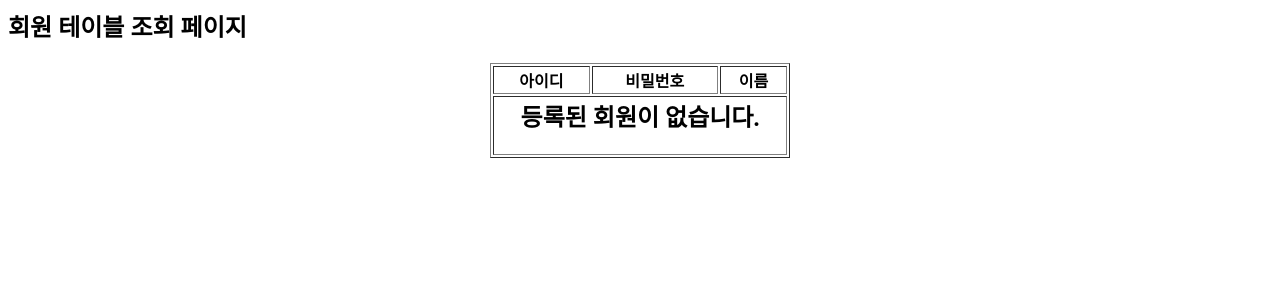
Repository: LTaeHoon/javajsp_ncs
Page: http://localhost/chap02_Directive_Object/scriptlet/memberSearch.jsp
The author's editor kept a copy of each file at every save. The page is drawn from the files as they stood at one save, then again after the next save.
The browser window is 1280 px wide. The pictures show the whole page.
The page is served by Tomcat 9. Queries for data that is not in the repository find no rows.

Above is the page before, as saved 2017-01-12 04:09:13.

After the next save:
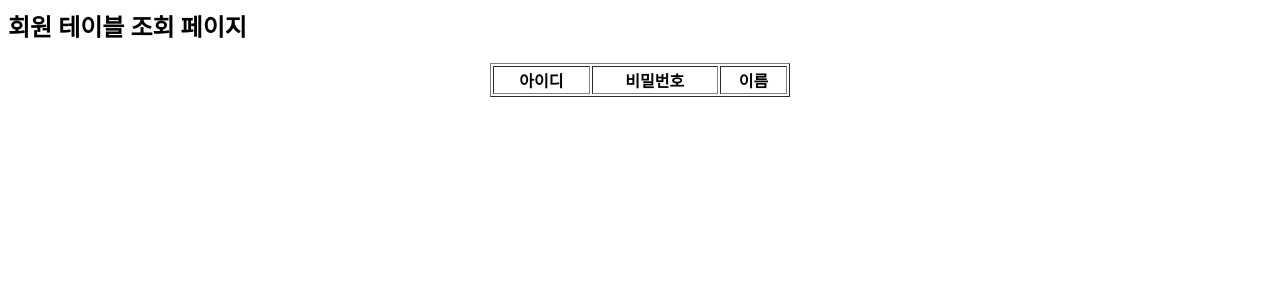
Saved 16 s later.
--- a/chap02_Directive_Object/WebContent/scriptlet/memberSearch.jsp
+++ b/chap02_Directive_Object/WebContent/scriptlet/memberSearch.jsp
@@ -52,10 +52,10 @@ String upwd="tiger";
 			}
 			%>
 
-			<tr>
+			<!-- <tr>
 				<td colspan='3'><h2>등록된 회원이 없습니다.</h2></td>
 			</tr>
-
+		 -->
 		</table>
 		<%
 
